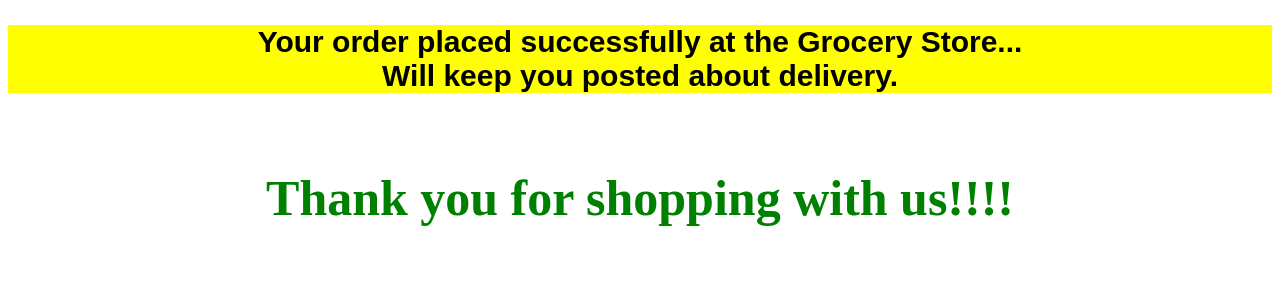
Repository: pournimapatil27/GroceryStoreMicroservice
Page: StoreLogin/src/main/resources/static/store.html
These files come from the project's save history. The page is drawn as it stood at one moment and after the next save; the edit follows.
The browser window is 1280 px wide. The pictures show the whole page.

Above is the page before, as saved 2021-12-03 09:11:23.

After the next save:
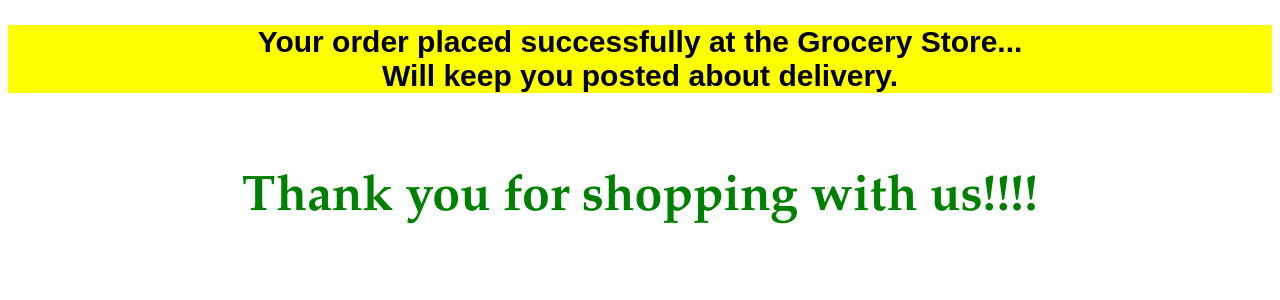
Saved 86 s later.
--- a/StoreLogin/src/main/resources/static/store.html
+++ b/StoreLogin/src/main/resources/static/store.html
@@ -9,6 +9,6 @@
    <h:body>
       <h2 style="background-color:yellow;font-family:'Arial';font-size:30px;text-align: center">Your order placed successfully at the Grocery Store...<br>Will keep you posted about delivery.<br></h2>
  <br>
-  <h1 style="color:green;font-family:'Jockerman';font-size:50px;text-align: center">Thank you for shopping with us!!!!</h1>
+  <h1 style="color:green;font-family:'Garamond';font-size:50px;text-align: center">Thank you for shopping with us!!!!</h1>
    </h:body>
 </html>
